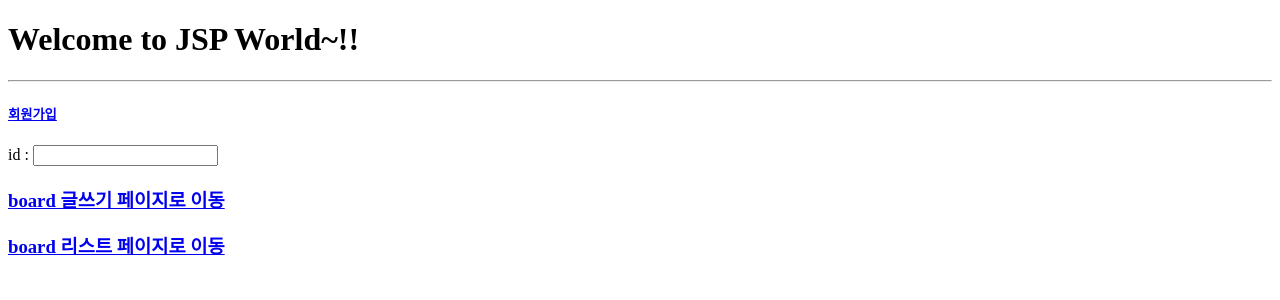
Repository: csk3830/jsp
Page: http://localhost/jsp_study/
An editor plug-in stored every save of this project. The page is shown before and after the next save, followed by the edit.
The browser window is 1280 px wide. The pictures show the whole page.
The page is served by Tomcat 9.

Above is the page before, as saved 2024-10-25 02:35:17.

After the next save:
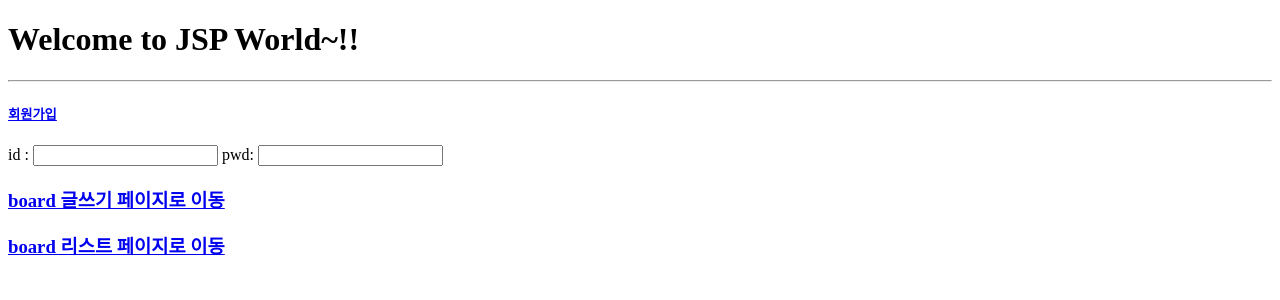
Saved 16 s later.
--- a/jsp_study/src/main/webapp/index.jsp
+++ b/jsp_study/src/main/webapp/index.jsp
@@ -12,7 +12,7 @@
 	<h5><a href="/mem/join">회원가입</a></h5>
 
 	<div>
-	id : <input type="text" name="id">
+	id : <input type="text" name="id"> pwd: <input type="password">
 	</div>
 	<!-- jsp의 모든 경로는 controller로 이동하게 해야 함. -->
 	<h3><a href="/brd/register">board 글쓰기 페이지로 이동</a></h3>
